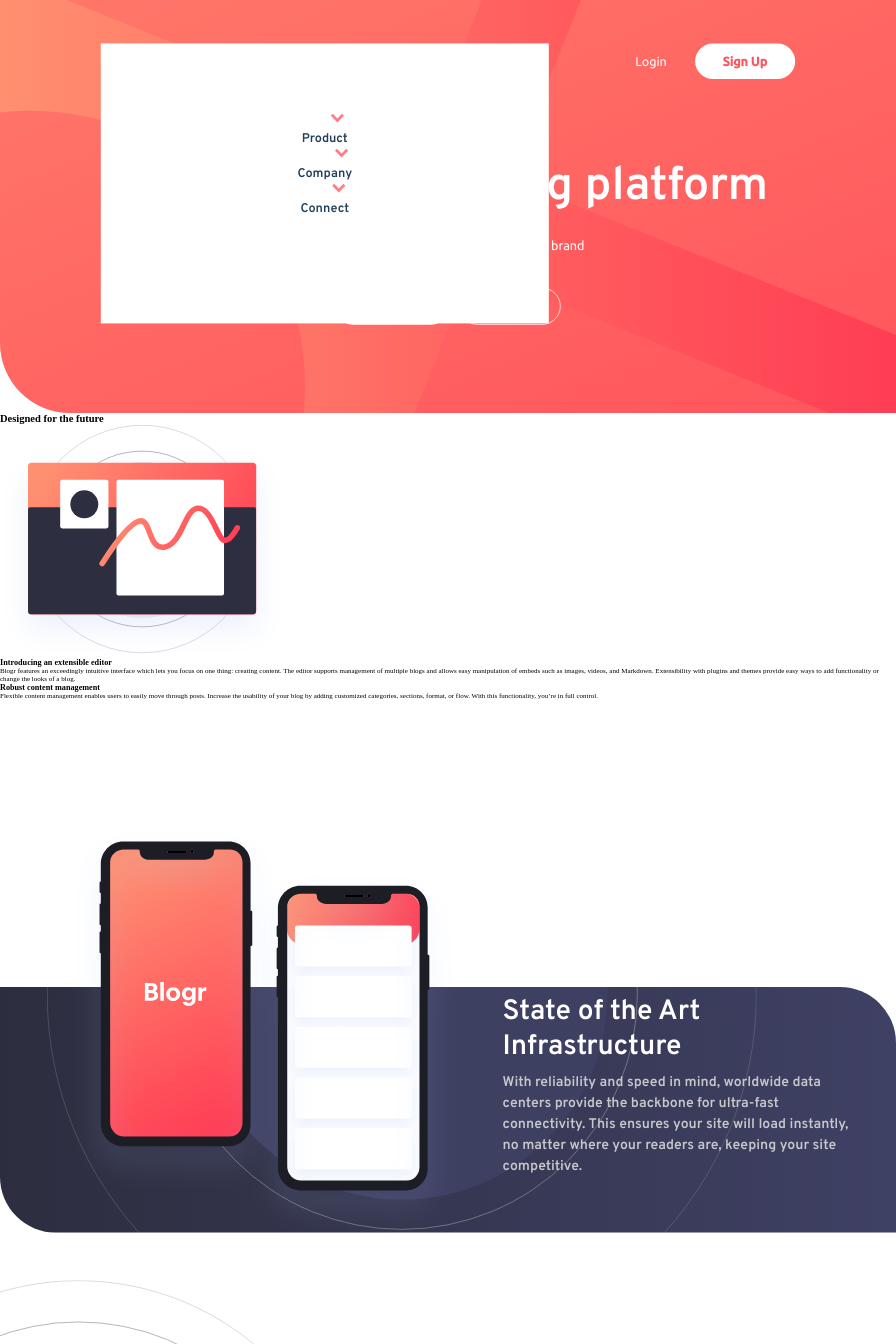
Repository: tomas938/tomaspage3
Page: index.html
An editor plug-in stored every save of this project. The page is shown before and after the next save, followed by the edit.
The browser window is 1280 px wide. The pictures show the part of the page from y = 0 to 1920 px (the page is 3157 px tall), at 70% of full size.
The style sheet was rebuilt from its Sass, Less or Tailwind sources for each picture, by a compiler version that may differ from the author's.

Above is the page before, as saved 2021-07-30 17:09:48.

After the next save:
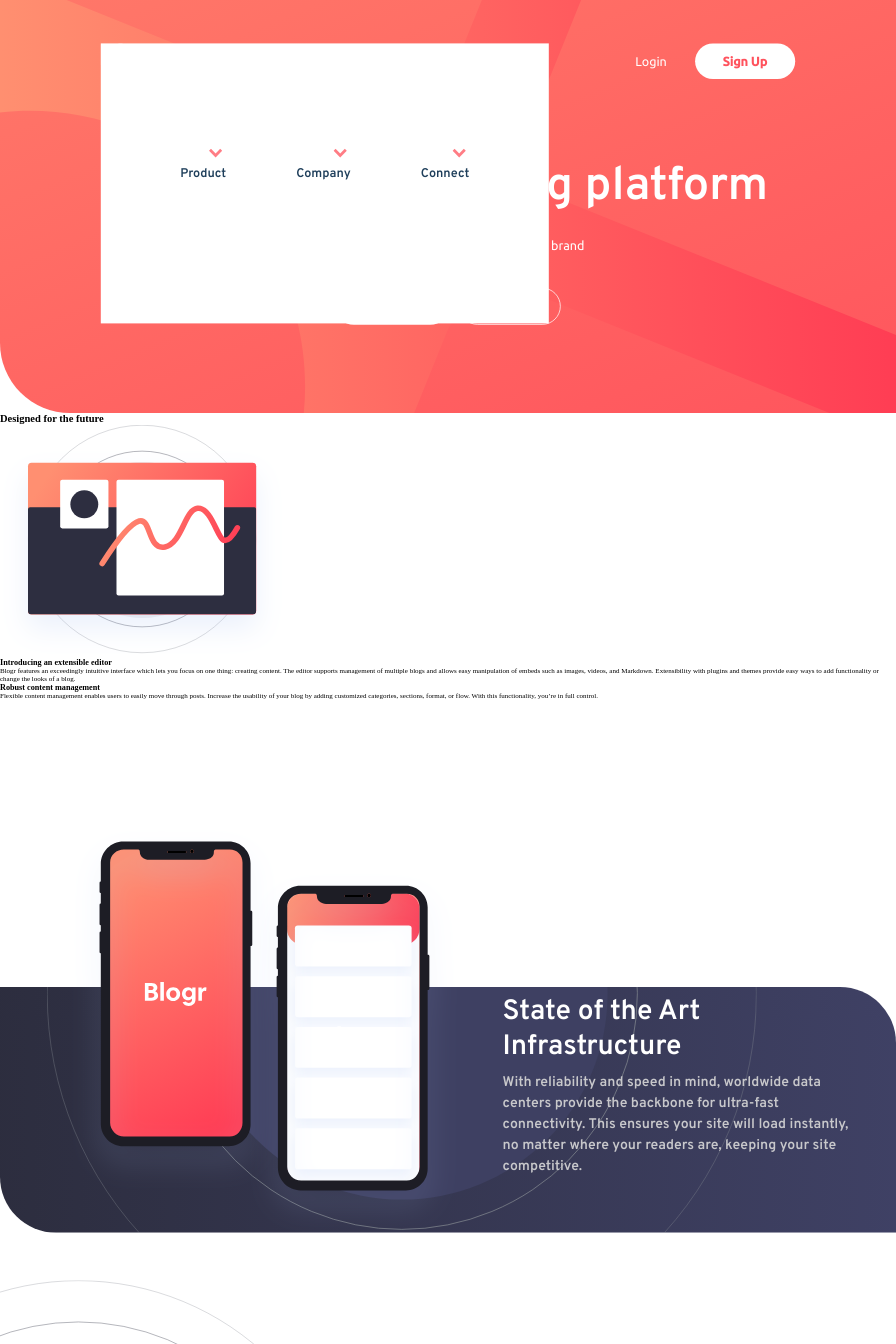
Saved 4 s later.
--- a/scss_partials/_intro.scss
+++ b/scss_partials/_intro.scss
@@ -66,7 +66,7 @@
 			font-family: $font-primary;
 			font-weight: $font-weight-primary-bold;
 			display: flex;
-			flex-direction: column;
+			// flex-direction: column;
 			align-items: center;
 			justify-content: center;
 			svg {

After the save that followed:
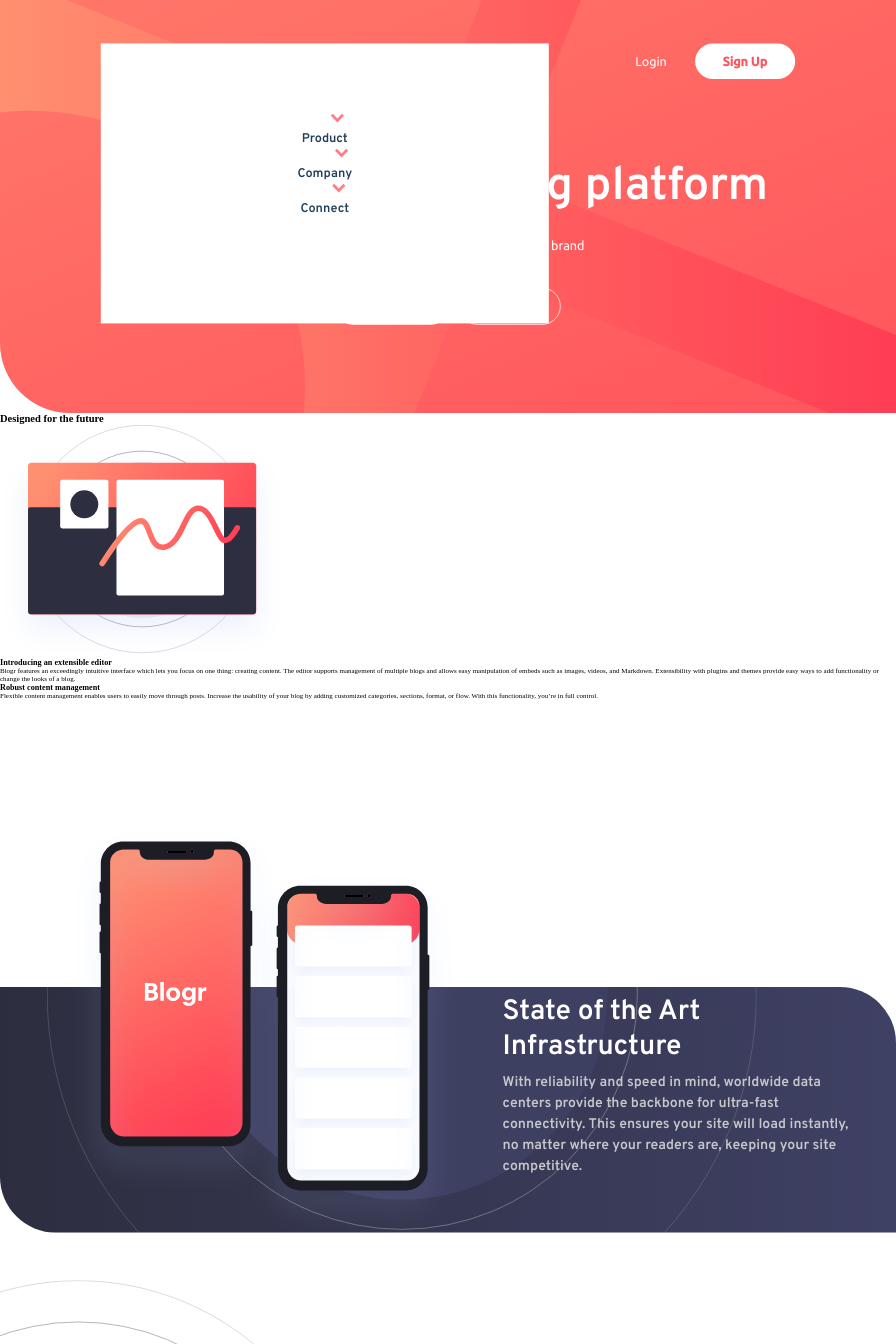
Saved 6 s later.
--- a/scss_partials/_intro.scss
+++ b/scss_partials/_intro.scss
@@ -66,7 +66,7 @@
 			font-family: $font-primary;
 			font-weight: $font-weight-primary-bold;
 			display: flex;
-			// flex-direction: column;
+			flex-direction: column;
 			align-items: center;
 			justify-content: center;
 			svg {
